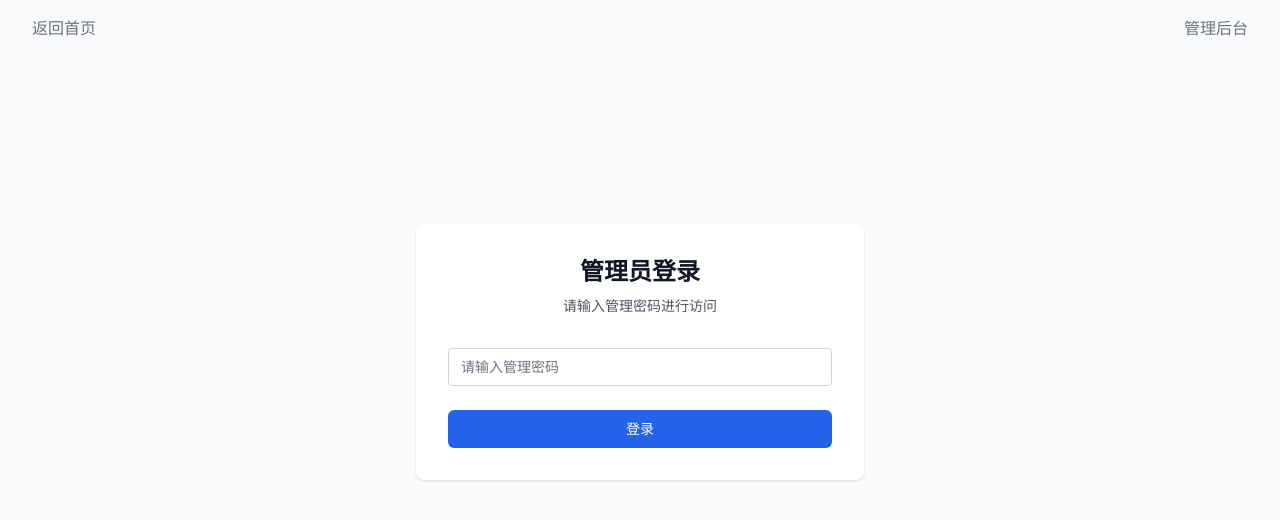
Repository: An-Jhon/my_nav
Page: /admin
The author's editor kept a copy of each file at every save. The page is drawn from the files as they stood at one save, then again after the next save.
The browser window is 1280 px wide. The pictures show the whole page.
The project was rebuilt for these pictures with package versions that can differ from the ones it lists, and the page was loaded fresh each time. The framework's server and built-in components were replaced by stand-ins that run in the browser. Also part of the build but not shown: next.config.js.

Above is the page before, as saved 2025-01-13 15:59:43.

### src/app/layout.tsx
import React from 'react'
import type { Metadata } from 'next'
import { Inter } from 'next/font/google'
import './globals.css'

// 使用 Inter 字体
const inter = Inter({ subsets: ['latin'] })

// 设置网站的元数据
export const metadata: Metadata = {
  title: '导航站点',
  description: '一个轻量级的静态导航网站',
}

// 根布局组件
export default function RootLayout({
  children,
}: {
  children: React.ReactNode
}) {
  return (
    <html lang="zh">
      <body className={inter.className}>
        <main className="min-h-screen bg-gray-50">
          {children}
        </main>
      </body>
    </html>
  )
}

### src/app/admin/layout.tsx
import React from 'react'
import Link from 'next/link'

export default function AdminLayout({
  children,
}: {
  children: React.ReactNode
}) {
  return (
    <div className="min-h-screen bg-gray-50">
      {/* 顶部导航栏 */}
      <nav className="bg-white shadow-sm">
        <div className="max-w-7xl mx-auto px-4 sm:px-6 lg:px-8">
          <div className="flex justify-between h-14">
            <div className="flex">
              <Link
                href="/"
                className="flex items-center text-gray-500 hover:text-gray-700"
              >
                返回首页
              </Link>
            </div>
            <div className="flex items-center">
              <span className="text-gray-500">管理后台</span>
            </div>
          </div>
        </div>
      </nav>

      {/* 主要内容区域 */}
      <main className="flex-1">
        {children}
      </main>
    </div>
  )
}

### src/app/admin/(auth)/layout.tsx
export default function AuthLayout({
  children,
}: {
  children: React.ReactNode
}) {
  return children
}

### src/app/admin/(auth)/page.tsx
'use client'
import { useState } from 'react'
import { useRouter } from 'next/navigation'

export default function AdminPage() {
  const [password, setPassword] = useState('')
  const [error, setError] = useState('')
  const router = useRouter()

  // 验证密码
  const handleSubmit = (e: React.FormEvent) => {
    e.preventDefault()
    // 直接使用字符串比较，确保环境变量正确加载
    console.log('Current password:', password)
    console.log('Expected password:', process.env.NEXT_PUBLIC_ADMIN_PASSWORD)

    if (password === 'admin123') {
      // 设置登录状态
      localStorage.setItem('adminAuthenticated', 'true')
      // 跳转到管理面板
      router.push('/admin/dashboard')
    } else {
      setError('密码错误')
    }
  }

  return (
    <div className="min-h-screen flex items-center justify-center bg-gray-50 -mt-16">
      <div className="max-w-md w-full space-y-8 p-8 bg-white rounded-lg shadow">
        <div>
          <h2 className="text-center text-2xl font-bold text-gray-900">管理员登录</h2>
          <p className="mt-2 text-center text-sm text-gray-600">
            请输入管理密码进行访问
          </p>
        </div>
        <form className="mt-8 space-y-6" onSubmit={handleSubmit}>
          <div>
            <label htmlFor="password" className="sr-only">
              密码
            </label>
            <input
              id="password"
              name="password"
              type="password"
              required
              className="appearance-none rounded relative block w-full px-3 py-2 border border-gray-300 placeholder-gray-500 text-gray-900 focus:outline-none focus:ring-blue-500 focus:border-blue-500 focus:z-10 sm:text-sm"
              placeholder="请输入管理密码"
              value={password}
              onChange={(e) => setPassword(e.target.value)}
            />
          </div>

          {error && (
            <div className="text-red-500 text-sm text-center">{error}</div>
          )}

          <div>
            <button
              type="submit"
              className="group relative w-full flex justify-center py-2 px-4 border border-transparent text-sm font-medium rounded-md text-white bg-blue-600 hover:bg-blue-700 focus:outline-none focus:ring-2 focus:ring-offset-2 focus:ring-blue-500"
            >
              登录
            </button>
          </div>
        </form>
      </div>
    </div>
  )
}

### src/app/globals.css
@tailwind base;
@tailwind components;
@tailwind utilities;

body {
  -webkit-font-smoothing: antialiased;
  -moz-osx-font-smoothing: grayscale;
}

### tailwind.config.js
/** @type {import('tailwindcss').Config} */
module.exports = {
  content: [
    "./src/pages/**/*.{js,ts,jsx,tsx,mdx}",
    "./src/components/**/*.{js,ts,jsx,tsx,mdx}",
    "./src/app/**/*.{js,ts,jsx,tsx,mdx}",
  ],
  theme: {
    extend: {},
  },
  plugins: [],
}

After the next save:
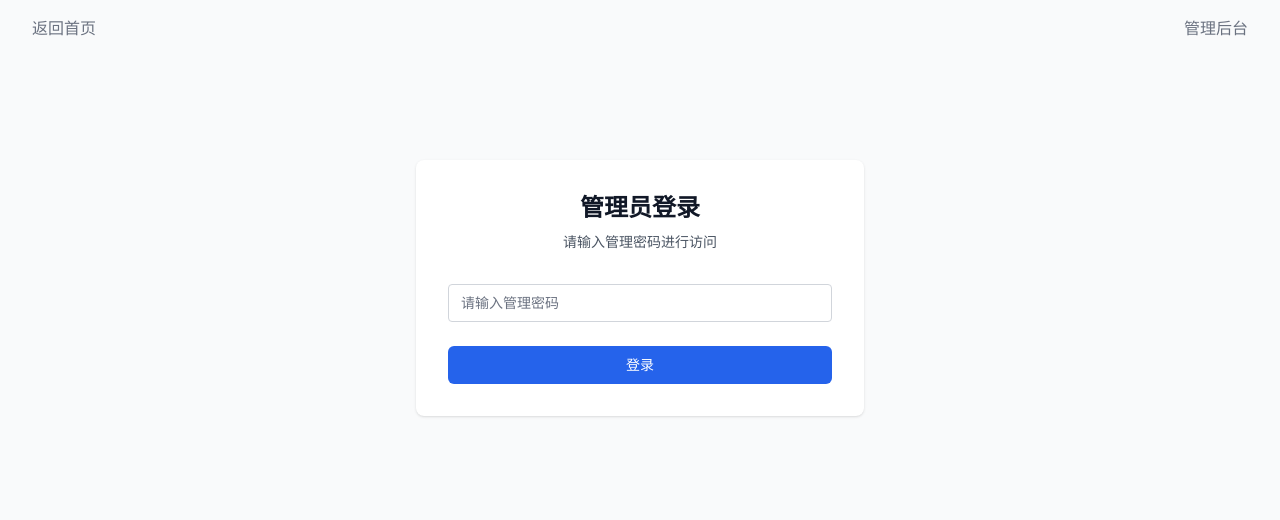
Saved 30 s later.
--- a/src/app/admin/(auth)/page.tsx
+++ b/src/app/admin/(auth)/page.tsx
@@ -25,7 +25,7 @@ export default function AdminPage() {
   }
 
   return (
-    <div className="min-h-screen flex items-center justify-center bg-gray-50 -mt-16">
+    <div className="min-h-screen flex items-center justify-center bg-gray-50 -mt-32">
       <div className="max-w-md w-full space-y-8 p-8 bg-white rounded-lg shadow">
         <div>
           <h2 className="text-center text-2xl font-bold text-gray-900">管理员登录</h2>
